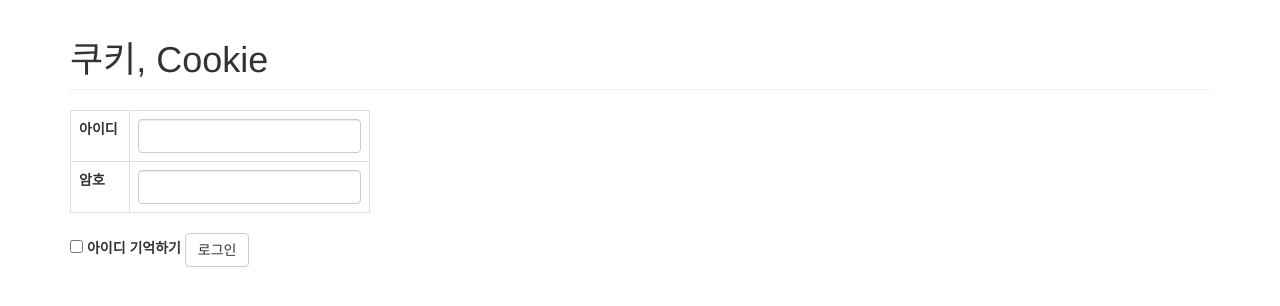
Repository: kimgyuseok/Server
Page: http://localhost/JSPTest/ex14_cookie.jsp
These files come from the project's save history. The page is drawn as it stood at one moment and after the next save; the edit follows.
The browser window is 1280 px wide. The pictures show the whole page.
The page is served by Tomcat 9.

Above is the page before, as saved 2022-01-07 06:48:49.

### JSPTest/src/main/webapp/ex14_cookie.jsp
<%@ page language="java" contentType="text/html; charset=UTF-8"
    pageEncoding="UTF-8"%>
<%


%>
<!DOCTYPE html>
<html>
<head>
<meta charset="UTF-8">
<title>Insert title here</title>
<%@ include file="/inc/asset.jsp" %>
<style>

</style>
</head>
<body>
	<!--ex12_two.jsp-->

	<div class="container">
		<h1 class="page-header">쿠키, Cookie<small></small></h1>

		<table class="table table-bordered" style="width: 300px">
           <tr>
            <th>아이디</th>
            <td><input type="text" id="txtid" class="form-control"></td>
       	   </tr>
           <tr>
         	 <th>암호</th>
          	 <td><input type="password" id="txtpw" class="form-control"></td>
     	   </tr>
        </table>

      <label><input type="checkbox" id="cb"> 아이디 기억하기</label>
      <input type="button" value="로그인" class="btn btn-default">
	</div>


	<script>

		$("input[type=button]").click(function(){

			if($('#cb').prop('checked')){
				setCookie('txtid', $('#txtid').val(),365);
			}

		});

// 		alert(getCookie('txtid') === "");

		if(getCookie('txtid') != ''){
			$('#txtid').val(getCookie('txtid'));
			$('#cb').prop('checked',true);
			$('#txtpw').focus();
		}


	</script>
</body>
</html>

### JSPTest/src/main/webapp/inc/asset.jsp
<%@ page language="java" contentType="text/html; charset=UTF-8"
    pageEncoding="UTF-8"%>
<!-- asset.jsp -->

<%
	String root = request.getContextPath();
%>

<link rel="stylesheet" href="<%= root %>/asset/css/bootstrap.css">

<script src="<%= root %>/asset/js/jquery-1.12.4.js"></script>
<script src="<%= root %>/asset/js/bootstrap.js"></script>
<script src="<%= root %>/asset/js/cookie.js"></script>

### JSPTest/src/main/webapp/asset/js/cookie.js
//weapp > asset > js > cookie.js

function setCookie(cname, cvalue, exdays) {
  const d = new Date();
  d.setTime(d.getTime() + (exdays * 24 * 60 * 60 * 1000));
  let expires = "expires="+d.toUTCString();
  document.cookie = cname + "=" + cvalue + ";" + expires + ";path=/";
}

function getCookie(cname) {
  let name = cname + "=";
  let ca = document.cookie.split(';');
  for(let i = 0; i < ca.length; i++) {
    let c = ca[i];
    while (c.charAt(0) == ' ') {
      c = c.substring(1);
    }
    if (c.indexOf(name) == 0) {
      return c.substring(name.length, c.length);
    }
  }
  return "";
}

Loaded but not shown: JSPTest/src/main/webapp/asset/css/bootstrap.css (library); JSPTest/src/main/webapp/asset/js/jquery-1.12.4.js (library); JSPTest/src/main/webapp/asset/js/bootstrap.js (library)

After the next save:
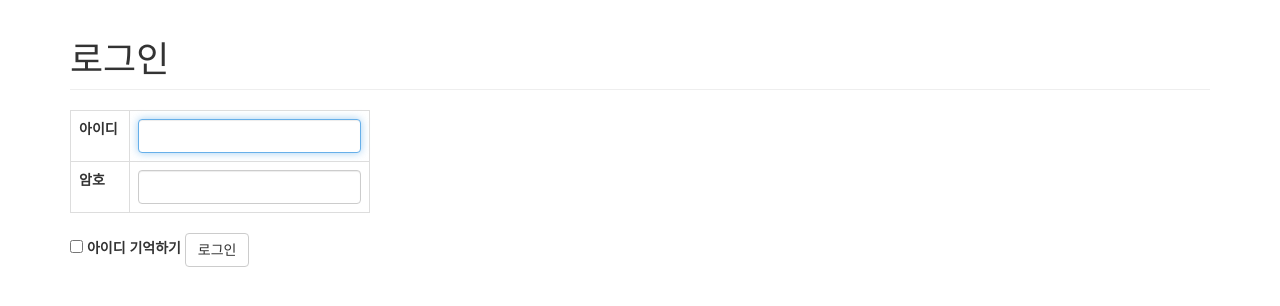
Saved 37 s later.
--- a/JSPTest/src/main/webapp/ex14_cookie.jsp
+++ b/JSPTest/src/main/webapp/ex14_cookie.jsp
@@ -1,9 +1,4 @@
-<%@ page language="java" contentType="text/html; charset=UTF-8"
-    pageEncoding="UTF-8"%>
-<%
-
-
-%>
+<%@page language="java" contentType="text/html; charset=UTF-8" pageEncoding="UTF-8"%>
 <!DOCTYPE html>
 <html>
 <head>
@@ -15,43 +10,43 @@
 </style>
 </head>
 <body>
-	<!--ex12_two.jsp-->
-
+	<!-- ex14_cookie.jsp -->
 	<div class="container">
-		<h1 class="page-header">쿠키, Cookie<small></small></h1>
+		<h1 class="page-header">로그인 <small></small></h1>
 
 		<table class="table table-bordered" style="width: 300px">
-           <tr>
-            <th>아이디</th>
-            <td><input type="text" id="txtid" class="form-control"></td>
-       	   </tr>
-           <tr>
-         	 <th>암호</th>
-          	 <td><input type="password" id="txtpw" class="form-control"></td>
-     	   </tr>
-        </table>
+			<tr>
+				<th>아이디</th>
+				<td><input type="text" id="txtid" class="form-control" autocomplete="off"></td>
+			</tr>
+			<tr>
+				<th>암호</th>
+				<td><input type="password" id="txtpw" class="form-control"></td>
+			</tr>
+		</table>
+		<label><input type="checkbox" id="cb"> 아이디 기억하기</label>
+		<input type="button" value="로그인" class="btn btn-default">
 
-      <label><input type="checkbox" id="cb"> 아이디 기억하기</label>
-      <input type="button" value="로그인" class="btn btn-default">
 	</div>
 
+	<script>
+		$("input[type=button]").click(function() {
 
-	<script>
-
-		$("input[type=button]").click(function(){
-
-			if($('#cb').prop('checked')){
-				setCookie('txtid', $('#txtid').val(),365);
+			//로그인한 아이디를 쿠키에 저장하기
+			if ($('#cb').prop('checked')) {
+				setCookie('txtid', $('#txtid').val(), 365);
 			}
 
 		});
 
-// 		alert(getCookie('txtid') === "");
+		//alert(getCookie('txtid') === "");
 
-		if(getCookie('txtid') != ''){
+		if (getCookie('txtid') != '') {
 			$('#txtid').val(getCookie('txtid'));
-			$('#cb').prop('checked',true);
+			$('#cb').prop('checked', true);
 			$('#txtpw').focus();
+		} else {
+			$('#txtid').focus();
 		}
 
 
